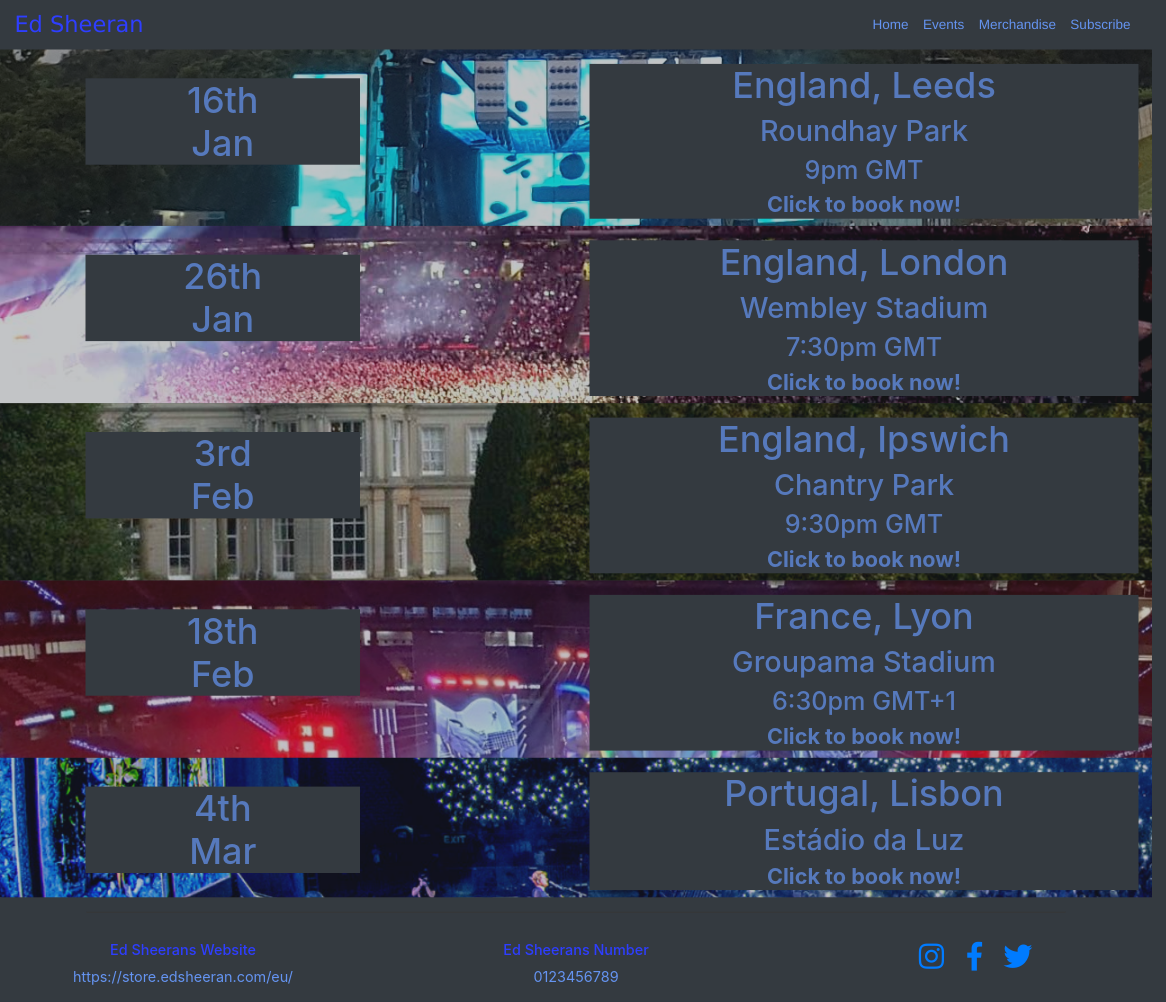
Repository: amit238/milestone-project-1
Page: events.html
The author's editor kept a record of every edit. The page is drawn from the files as they stood at one moment, then again after the next edit.
The browser window is 1280 px wide. The page is 1295 px wide, so the pictures cover 1295 px, including what lies to the right of the window. The pictures show the whole page, at 90% of full size.
Some web libraries are served in a nearby version.

Above is the page before.

After the next edit:
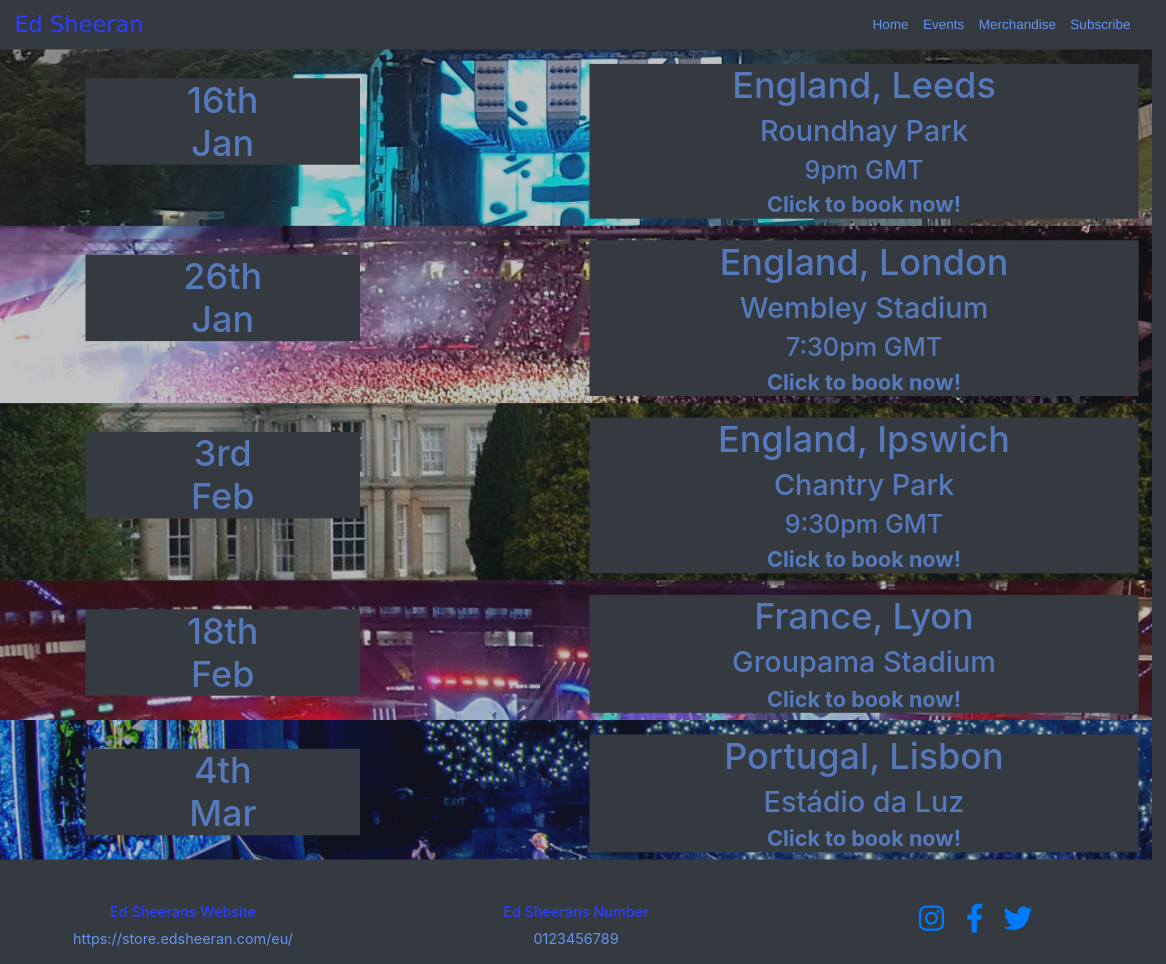
The edit:
--- a/events.html
+++ b/events.html
@@ -89,7 +89,6 @@
         <div class="events-center">
           <h1>France, Lyon</h1>
           <h2>Groupama Stadium</h2>
-          <h3>6:30pm GMT+1</h3>
           <h4 class="bold">Click to book now!</h4>
         </div>
       </div>
